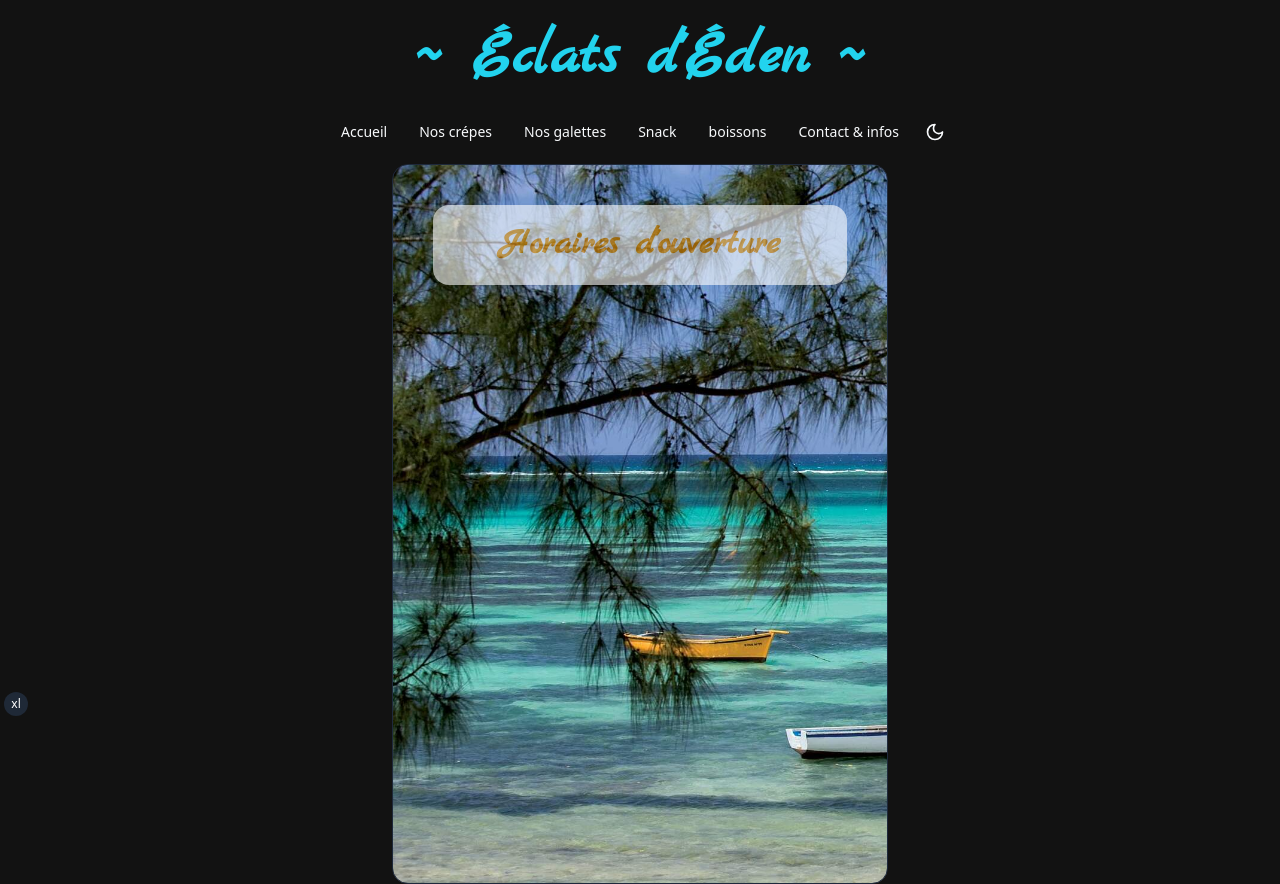
Repository: jeffMauritius/eclats-deden
Page: /schedule
These files come from the project's save history. The page is drawn as it stood at one moment and after the next save; the edit follows.
The browser window is 1280 px wide. The pictures show the whole page.
The project was rebuilt for these pictures with package versions that can differ from the ones it lists, and the page was loaded fresh each time. The framework's server and built-in components were replaced by stand-ins that run in the browser. Also part of the build but not shown: next.config.mjs.

Above is the page before, as saved 2024-08-13 07:19:12.

After the next save:
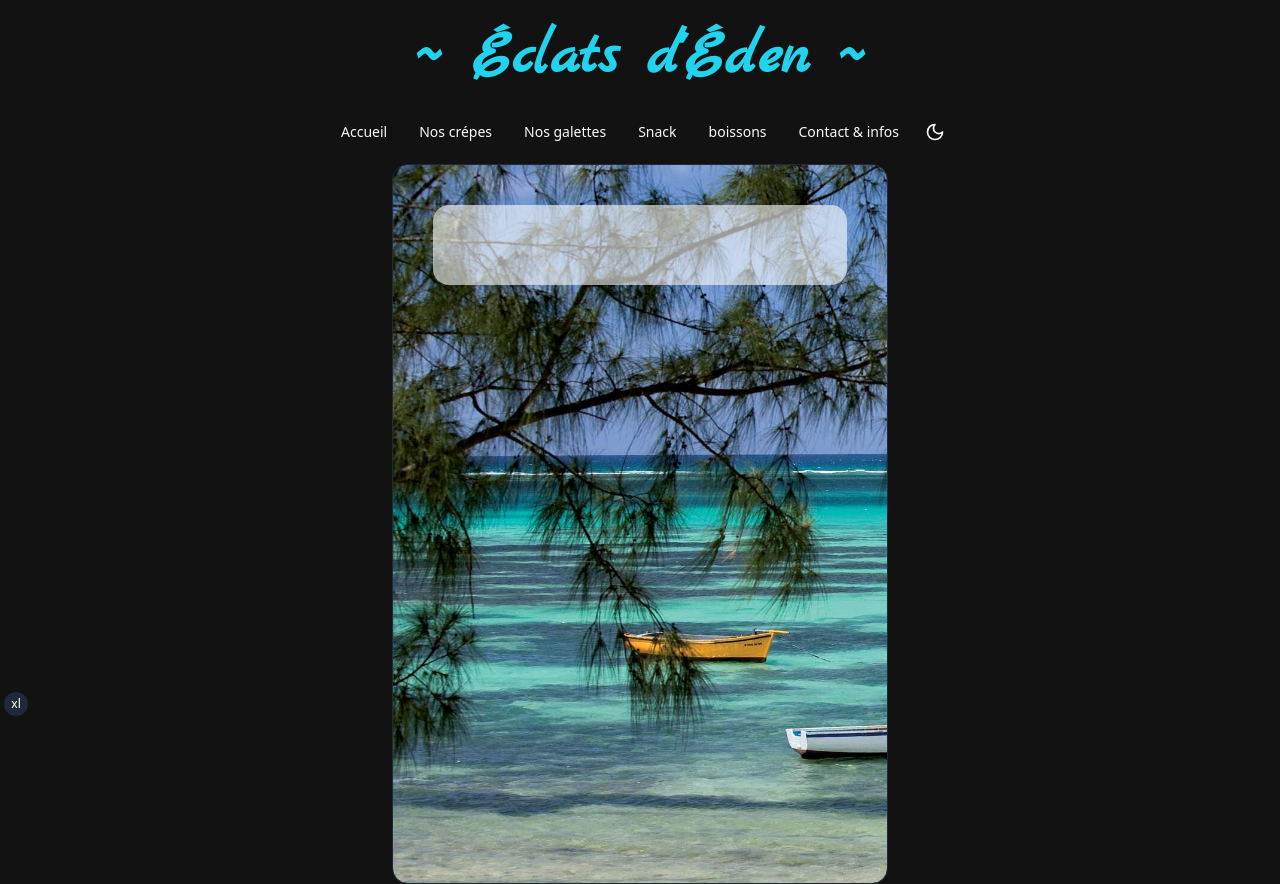
Saved 89 s later.
--- a/app/schedule/page.tsx
+++ b/app/schedule/page.tsx
@@ -5,7 +5,7 @@
         <div className="absolute m-auto h-screen w-2/5 rounded-2xl border bg-[url('/maurice.jpeg')] bg-cover ">
           <div className="relative imageUrl={`bg-[url('/riz.jpeg')] bg-cover`}">
             <div className="m-10 h-full rounded-2xl  bg-white opacity-60 ">
-              <h1 className="p-5 text-center font-display text-4xl font-bold text-amber-500">
+              <h1 className="p-5 text-center font-display text-4xl font-bold text-amber-500 opacity-0">
                 Horaires d'ouverture
               </h1>
             </div>

After the save that followed:
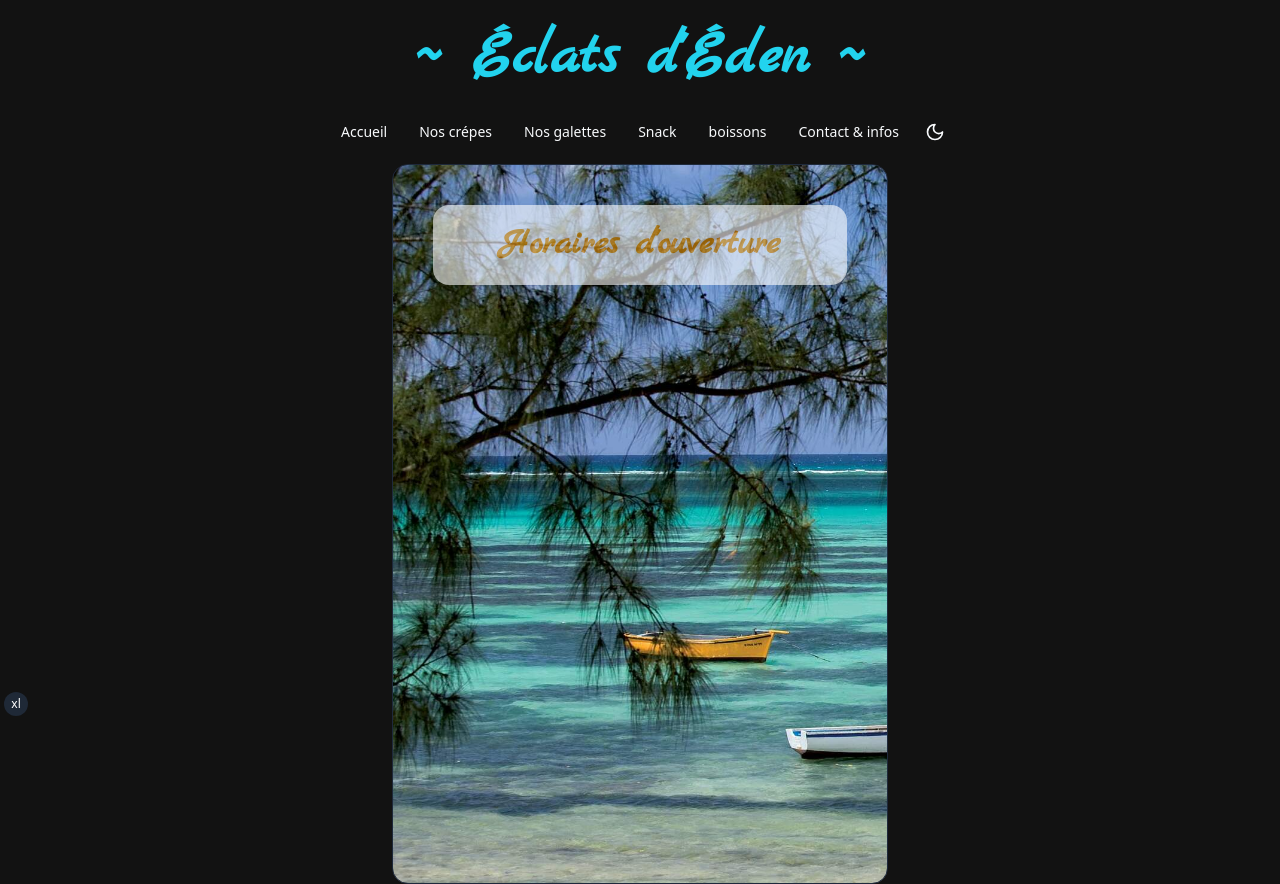
Saved 15 s later.
--- a/app/schedule/page.tsx
+++ b/app/schedule/page.tsx
@@ -5,7 +5,7 @@
         <div className="absolute m-auto h-screen w-2/5 rounded-2xl border bg-[url('/maurice.jpeg')] bg-cover ">
           <div className="relative imageUrl={`bg-[url('/riz.jpeg')] bg-cover`}">
             <div className="m-10 h-full rounded-2xl  bg-white opacity-60 ">
-              <h1 className="p-5 text-center font-display text-4xl font-bold text-amber-500 opacity-0">
+              <h1 className="p-5 text-center font-display text-4xl font-bold text-amber-500 opacity-100">
                 Horaires d'ouverture
               </h1>
             </div>
